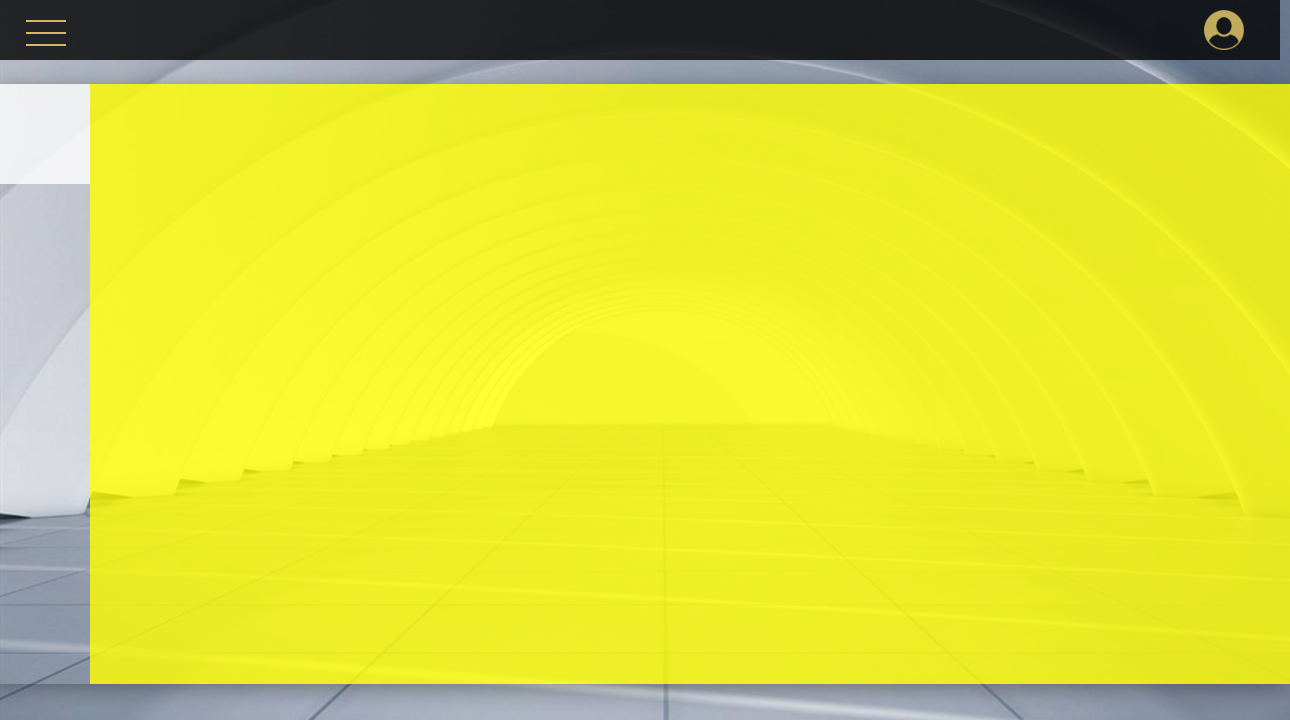
Repository: ustc-hzy/ziYang
Page: login.html
These files come from the project's save history. The page is drawn as it stood at one moment and after the next save; the edit follows.
The browser window is 1280 px wide. The page is 1290 px wide, so the pictures cover 1290 px, including what lies to the right of the window. The pictures show the whole page.
The first `#login-box` is checked.

Above is the page before, as saved 2020-06-19 12:20:07.

After the next save:
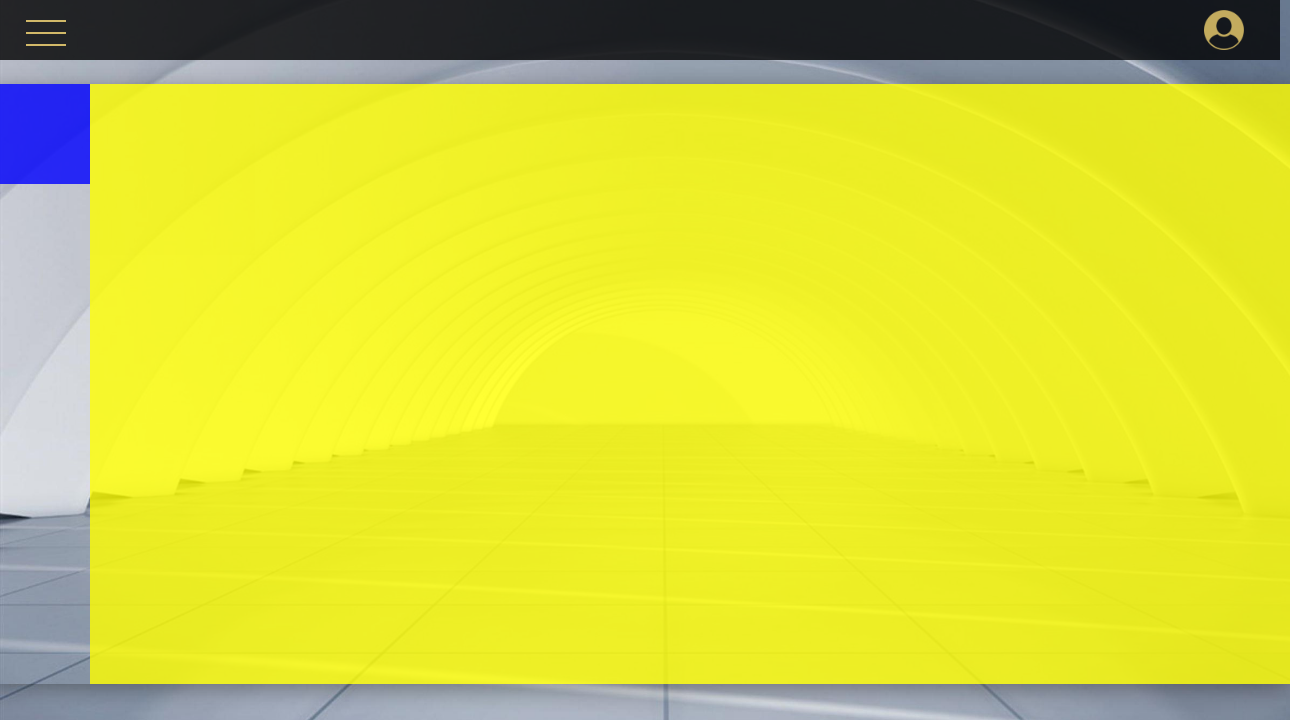
Saved 6 s later.
--- a/css/login.css
+++ b/css/login.css
@@ -45,7 +45,7 @@ body {
     opacity: 1;
     transition: all 0.3s ease-in-out;
 }
-#login-box:checked + .button{
+#login-box:checked + label .button{
     background-color: blue;
 }
 /* 用于开关的checkbox */
